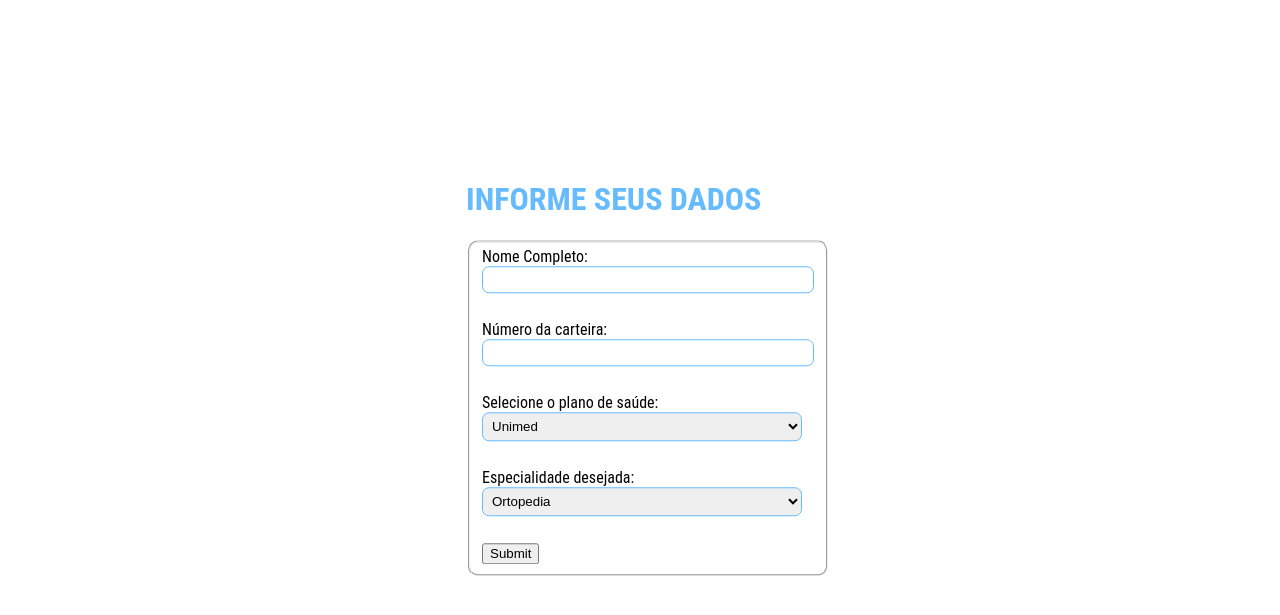
Repository: ohenriquesouza/HospitalCRUD-using-JavaEE
Page: JSP_test/src/main/webapp/novaConsulta.html
These files come from the project's save history. The page is drawn as it stood at one moment and after the next save; the edit follows.
The browser window is 1280 px wide. The pictures show the whole page.
Some web fonts or font styles are not loaded; a fallback is used.

Above is the page before, as saved 2022-12-27 16:35:23.

After the next save:
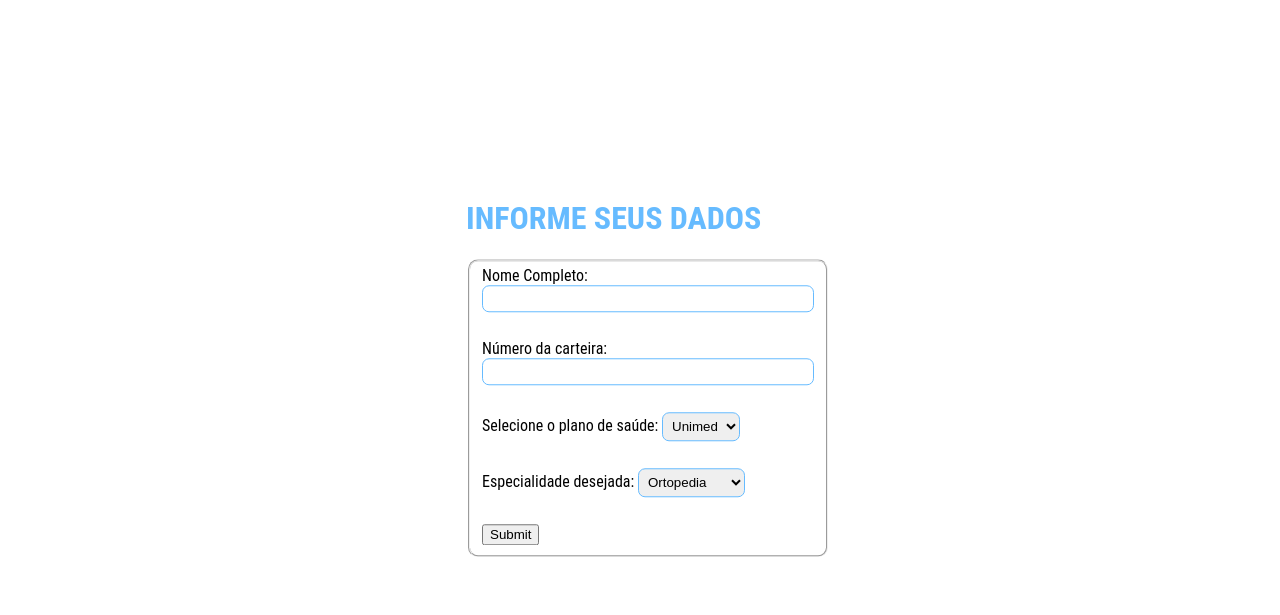
Saved 28 s later.
--- a/JSP_test/src/main/webapp/novaConsulta.html
+++ b/JSP_test/src/main/webapp/novaConsulta.html
@@ -25,14 +25,12 @@
             	border-radius: 7px;
             }
              .input_plano{
-            	width: 320px;
             	padding: 5px;
             	margin-bottom: 8px;
             	border: 1px solid #66bbff;
             	border-radius: 7px;
             }
              .input_espec{
-            	width: 320px;
             	padding: 5px;
             	margin-bottom: 8px;
             	border: 1px solid #66bbff;
